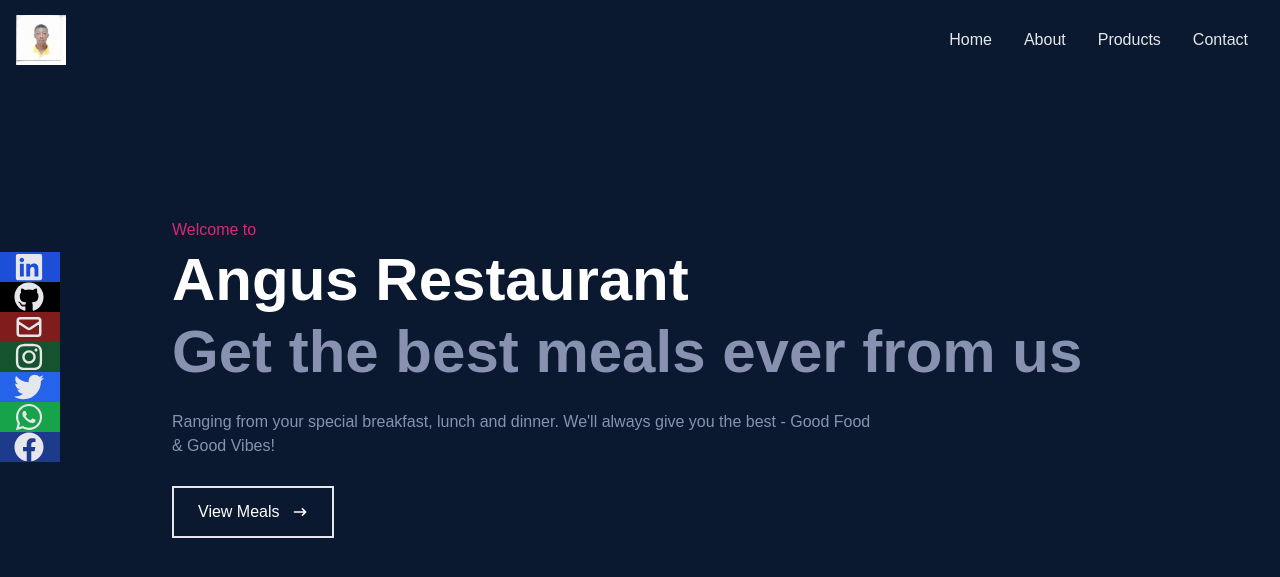
Repository: AngusOnyebuchi/Dashboard
Page: /
The author's editor kept a copy of each file at every save. The page is drawn from the files as they stood at one save, then again after the next save.
The browser window is 1280 px wide. The pictures show the whole page.
The project was rebuilt for these pictures with package versions that can differ from the ones it lists, and the page was loaded fresh each time. Also part of the build but not shown: src/components/About.js, src/components/Product.js, src/components/Products.js, src/components/Contact.js.

Above is the page before, as saved 2022-04-24 00:11:15.

### public/index.html
<!DOCTYPE html>
<html lang="en">
  <head>
    <meta charset="utf-8" />
    <link rel="icon" href="%PUBLIC_URL%/favicon.ico" />
    <meta name="viewport" content="width=device-width, initial-scale=1" />
    <meta name="theme-color" content="#000000" />
    <meta
      name="description"
      content="Web site created using create-react-app"
    />
    <link rel="apple-touch-icon" href="%PUBLIC_URL%/logo192.png" />
    <!--
      manifest.json provides metadata used when your web app is installed on a
      user's mobile device or desktop. See https://developers.google.com/web/fundamentals/web-app-manifest/
    -->
    <link rel="manifest" href="%PUBLIC_URL%/manifest.json" />
    <!--
      Notice the use of %PUBLIC_URL% in the tags above.
      It will be replaced with the URL of the `public` folder during the build.
      Only files inside the `public` folder can be referenced from the HTML.

      Unlike "/favicon.ico" or "favicon.ico", "%PUBLIC_URL%/favicon.ico" will
      work correctly both with client-side routing and a non-root public URL.
      Learn how to configure a non-root public URL by running `npm run build`.
    -->
    <title>Angus Portfolio</title>
  </head>
  <body>
    <noscript>You need to enable JavaScript to run this app.</noscript>
    <div id="root"></div>
    <!--
      This HTML file is a template.
      If you open it directly in the browser, you will see an empty page.

      You can add webfonts, meta tags, or analytics to this file.
      The build step will place the bundled scripts into the <body> tag.

      To begin the development, run `npm start` or `yarn start`.
      To create a production bundle, use `npm run build` or `yarn build`.
    -->
  </body>
</html>

### src/index.js
import React from "react";
import ReactDOM from "react-dom";
import { BrowserRouter} from "react-router-dom"
import "./style.css"
import App from "./App";

ReactDOM.render(
            <BrowserRouter>
            <App/>
            </BrowserRouter>, document.getElementById("root"))

### src/style.css
@tailwind base;
@tailwind components;
@tailwind utilities;

@layer base {
    body{
        @apply font-[Sans-serif];
    }
    li {
        @apply px-4;
        @apply cursor-pointer;
    }
}

.content-div {
    background-repeat: no-repeat;
    background-size: cover;
    background-position: center;
    height: 150px;
}

.content-div:hover {
    background-image: linear-gradient(
        to right,
        rgba(112, 157, 255, 0.8),
        hsla(242, 74%, 61%, 0.8)
    )!important;
}

### src/App.js
import React, {useState} from "react";
import NavBar from "./components/NavBar"
import Home from "./components/Home"
import About from "./components/About"
import Product from "./components/Product";
import Products from "./components/Products"
import ProductsData from "./components/ProductsData";
import Contact from "./components/Contact";
import { Routes, Route } from "react-router-dom";

export default function App() {

  const [cards, setCards] = useState(ProductsData)

  const cardElements = cards.map(card => {
    return (
            <Products
              key= {card.id}
              image= {card.image}
              food= {card.food}
              price= {card.price}
              time= {card.time}
              time1= {card.time1}
              />
              )
  })

    return (
        <div>

          <NavBar/>
          <Routes>
            <Route path='/' element={<Home/>}/>
            <Route path='/about' element={<About/>}/>
            <Route path='/product' element= {
              <main>
                <Product/>
                <section className="md:px-10 bg-[#0a192f] ">
                    <div className="grid sm:grid-cols-2 md:grid-cols-3 gap-4 px-8 ">
                      {cardElements}
                    </div>
                </section>
              </main>
            } />
            <Route path='/contact' element={<Contact/>}/>
          </Routes>

        </div>
    )
}

### src/components/NavBar.js
import React, {useState} from "react";
import {FaBars, FaTimes, FaGithub, FaFacebook, FaTwitter, FaInstagram, FaWhatsapp, FaLinkedin} from "react-icons/fa"
import {HiOutlineMail} from "react-icons/hi"
import {BsFillPersonLinesFill} from "react-icons/bs"
import Logo from "../images/passport.jpg"
//import { Link } from "react-scroll/modules"; This line is removed cus We would use react-router instead of react-smooth-scroll


export default function NavBar() {

  const [nav, setNav] = useState(true)
  const handleClick = () => setNav(!nav)
  return(
    <div className="fixed w-full h-[80px] flex justify-between items-center px-4 bg-[#0a192f] text-gray-200">

       <div>
          <img src={Logo} alt="Logo Image" style={{width: "50px"}}/>
       </div>

         {/* Menu */}
         <ul className="hidden md:flex">
            <li className="hover:border-b-2 border-pink-600">
            <a href="/">Home</a>
            </li>
            <li className="hover:border-b-2 border-pink-600">
            <a href="/about">About</a>
            </li>
            <li className="hover:border-b-2 border-pink-600">
            <a href="/product">Products</a>
            </li>
            <li className="hover:border-b-2 border-pink-600">
            <a href="/contact">Contact</a>
            </li>
         </ul>

       {/* Hamburger */}
       <div onClick={handleClick} className="md:hidden z-10">
          {nav ? <FaBars/> : <FaTimes/>}
       </div>

       {/* Mobile menu*/}
       <ul className={nav ? "hidden" : "absolute top-0 left-0 w-full h-screen bg-inherit flex flex-col justify-center items-center md:hidden"}>
            <li className="py-6 text-4xl">
            <a href="/">Home</a>
            </li>
            <li className="py-6 text-4xl">
            <a href="/about">About</a>
            </li>
            <li className="py-6 text-4xl">
            <a href="/product">Products</a>
            </li>
            <li className="py-6 text-4xl">
            <a href="/contact">Contact</a>
            </li>
       </ul>

       {/**Social Icons */}
       <div className="hidden lg:flex fixed flex-col top-[35%] left-0">
         <ul>

           <li className="w-[160px] h-60px flex justify-between items-center ml-[-100px] hover:ml-[-10px] duration-300 bg-blue-700">
             <a className="flex justify-between items-center w-full text-gray-200 "
                href="https://linkedin.com/in/maduabuchi-angus-modum-715528194">
               LinkedIn <FaLinkedin size={30}/>
             </a>
           </li>

           <li className="w-[160px] h-60px flex justify-between items-center ml-[-100px] hover:ml-[-10px] duration-300 bg-black">
             <a className="flex justify-between items-center w-full text-gray-200 "
                href="https://github.com/AngusOnyebuchi">
               Github <FaGithub size={30}/>
             </a>
           </li>

           <li className="w-[160px] h-60px flex justify-between items-center ml-[-100px] hover:ml-[-10px] duration-300 bg-red-900">
             <a className="flex justify-between items-center w-full text-gray-200 "
                href="mailto:Angusonyebuchi800@gmail.com">
               Email <HiOutlineMail size={30}/>
             </a>
           </li>

           <li className="w-[160px] h-60px flex justify-between items-center ml-[-100px] hover:ml-[-10px] duration-300 bg-green-900">
             <a className="flex justify-between items-center w-full text-gray-200 "
                href="https://instagram.com/angus_buchi">
               Instagram <FaInstagram size={30}/>
             </a>
           </li>

           <li className="w-[160px] h-60px flex justify-between items-center ml-[-100px] hover:ml-[-10px] duration-300 bg-blue-600">
             <a className="flex justify-between items-center w-full text-gray-200 "
                href="https://twitter.com/AngusOnyebuchi">
               Twitter <FaTwitter size={30}/>
             </a>
           </li>

           <li className="w-[160px] h-60px flex justify-between items-center ml-[-100px] hover:ml-[-10px] duration-300 bg-green-600">
             <a className="flex justify-between items-center w-full text-gray-200 "
                href="/">
               Whatsapp <FaWhatsapp size={30}/>
             </a>
           </li>

           <li className="w-[160px] h-60px flex justify-between items-center ml-[-100px] hover:ml-[-10px] duration-300 bg-blue-900">
             <a className="flex justify-between items-center w-full text-gray-200 "
                href="https://facebook.com/profile.php?id=100008620207826">
               Facebook <FaFacebook size={30}/>
             </a>
           </li>

         </ul>
       </div>

    </div>
  )
}

### src/components/Home.js
import React from "react";
import { HiArrowNarrowRight} from "react-icons/hi"
//import { Link } from "react-scroll/modules"; This line is removed cus We would use react-router instead of react-smooth-scroll

export default function Home() {
    return (
        <div name="home" className="w-full h-screen bg-[#0a192f] ">

            {/** Container */}
            <div className="max-w-[1000px] mx-auto px-8 flex flex-col justify-center h-full">
               <p className="text-pink-600 mt-12 mb-2">Welcome to</p>
               <h1 className="text-3xl sm:text-6xl font-bold text-white">Angus Restaurant</h1>
               <h2 className="text-4xl sm:text-6xl font-bold text-[#8892b0] py-3">Get the best meals ever from us</h2>
               <p className="text-[#8892b0] py-4 max-w-[700px]">Ranging from your special breakfast, lunch and dinner. We'll always give you the best - Good Food & Good Vibes!</p>
               <div>
                   <button className="group text-white border-2 px-6 py-3 my-3 flex items-center hover:bg-pink-600 hover:border-pink-600">
                   <a href="/product">View Meals</a>
                   <span className="group-hover:rotate-90 duration-300"><HiArrowNarrowRight className="ml-3 "/></span> </button>
               </div>
            </div>
        </div>
    )
}

### src/components/ProductsData.js

export default [
    {
        id: 1,
        image: "data:[embedded picture, 10567 characters]",
        food: "Rice and Chicken stew",
        price: 550,
        time: 25,
        time1: 45
},
{
    id: 2,
    image: "https://umscope.com/wp-content/uploads/2021/04/SEMO.jpg",
    food: "Egusi and Semovita",
    price: 650,
    time: 20,
    time1: 45
},
{
    id: 3,
    image: "https://allnigerianfoods.com/wp-content/uploads/indomie-noodles.jpg",
    food: "Noodles and Egg",
    price: 300,
    time: 10,
    time1: 35
},
{
    id: 4,
    image: "https://www.masala.tv/wp-content/uploads/2021/06/Beef-Shawarmaa.jpg",
    food: "Beef Sharwama",
    price: 400,
    time: 20,
    time1: 40
},
{
    id: 5,
    image: "https://allnigerianfoods.com/wp-content/uploads/egg-sauce-500x450.png",
    food: "Yam & Egg Sauce",
    price: 800,
    time: 30,
    time1: 45
},
{
    id: 6,
    image: "https://allnigerianfoods.com/wp-content/uploads/fried_rice_recipe.jpg",
    food: "Fried Rice & Salad",
    price: 700,
    time: 15,
    time1: 40
}
]

Loaded but not shown: tailwind.config.js (common file)

After the next save:
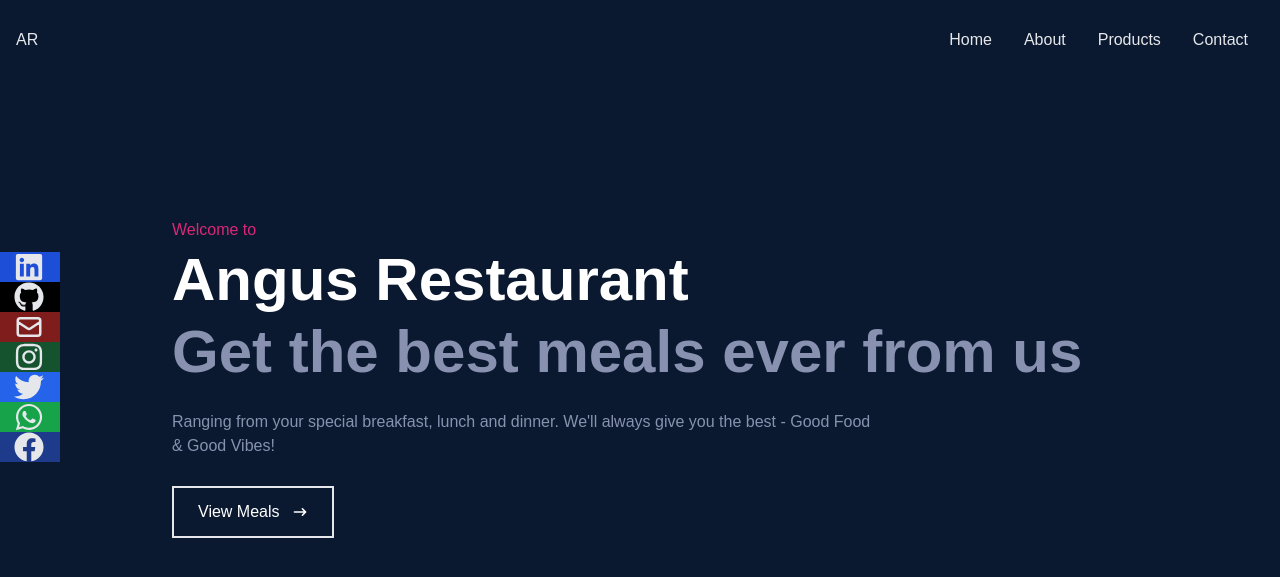
Saved 2 days later.
--- a/src/components/NavBar.js
+++ b/src/components/NavBar.js
@@ -14,7 +14,7 @@ export default function NavBar() {
     <div className="fixed w-full h-[80px] flex justify-between items-center px-4 bg-[#0a192f] text-gray-200">
 
        <div>
-          <img src={Logo} alt="Logo Image" style={{width: "50px"}}/>
+          <h3>AR</h3>
        </div>
 
          {/* Menu */}
